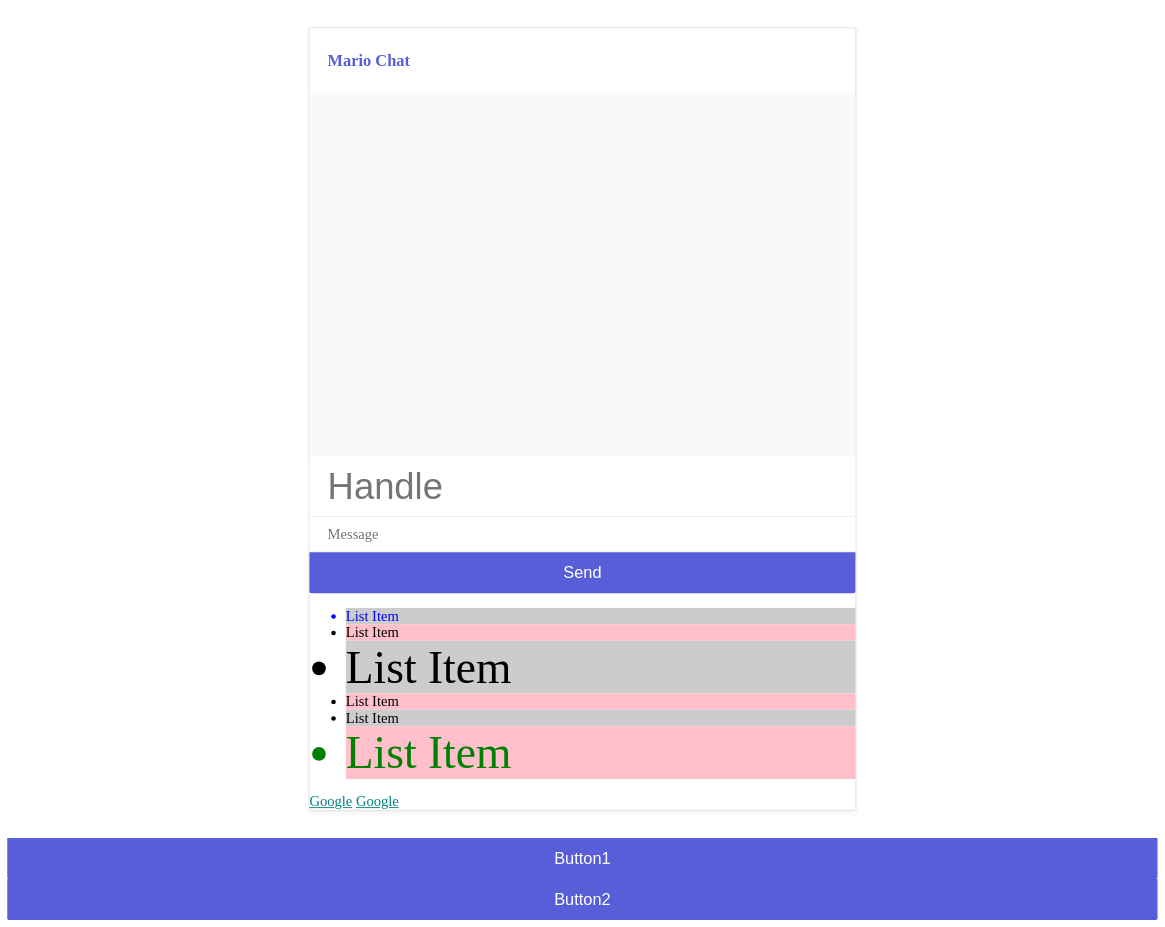
Repository: Promethees/websockets-playlist
Page: public/index.html
An editor plug-in stored every save of this project. The page is shown before and after the next save, followed by the edit.
The browser window is 1280 px wide. The pictures show the whole page, at 91% of full size.
The page's requests for data from a server got no answer. Some web libraries are served in a nearby version.

Above is the page before, as saved 2020-09-08 08:41:24.

After the next save:
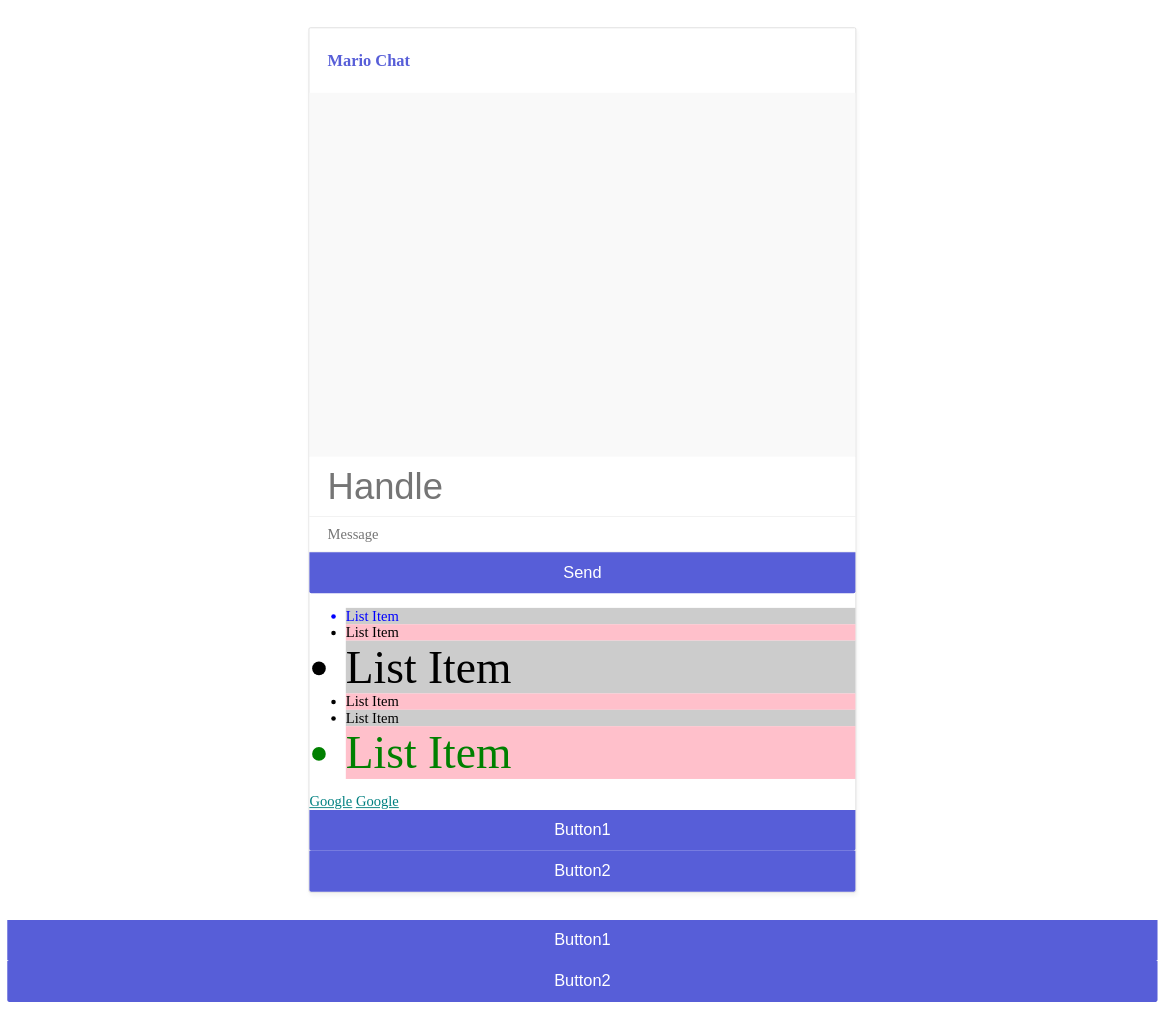
Saved 29 s later.
--- a/public/index.html
+++ b/public/index.html
@@ -28,6 +28,8 @@
             </ul>
             <a href="https://code.jquery.com/jquery-3.5.1.min.js">Google</a>
             <a href="https://code.jquery.com/jquery-3.5.1.min.js">Google</a>
+            <button id="btn1">Button1</button>
+            <button id= "btn2">Button2</button>
 
         </div>
         <div>
